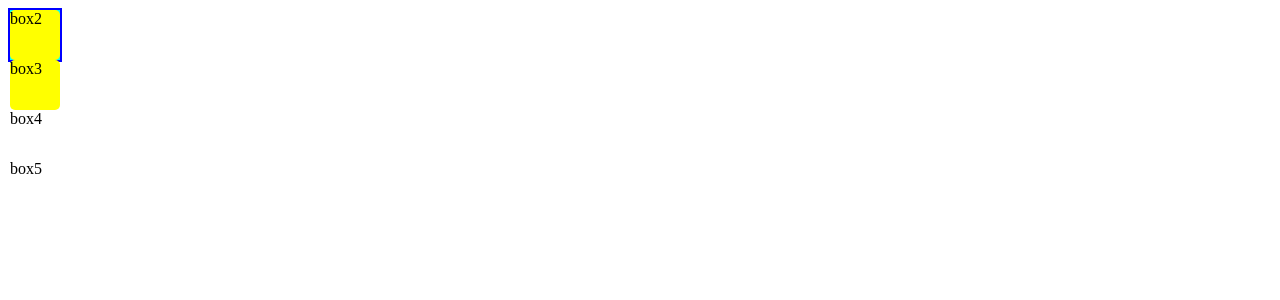
Repository: ABDUSALIMSUBAHIELBASHI/full-html-css-js
Page: Desktop/coding/css/indexday2.html
The author's editor kept a copy of each file at every save. The page is drawn from the files as they stood at one save, then again after the next save.
The browser window is 1280 px wide. The pictures show the whole page.

Above is the page before, as saved 2025-09-16 10:48:34.

### Desktop/coding/css/indexday2.html
<!DOCTYPE html>
<html lang="en">

<head>
    <meta charset="UTF-8">
    <link rel="stylesheet" href="indexday2.css">

    <title>Document</title>
</head>
<body>
<div id="box" class="container">
    <div id="box" class="box2">box2</div>
    <div id="box" class="box3">box3</div>
    <div id="box" class="box4">box4</div>
    <div id="box" class="box5">box5</div>
</div>
</body>

</html>

### Desktop/coding/css/indexday2.css
.container{
    display: flex;
    flex-wrap: wrap;
    background-color: aqua;
    border: 2px solid blue;
    justify-content: space-evenly;
    justify-items: center;
    height: 50vh;
}
#box{
    width: 50px;
    height: 50px;
}
.box2{
    background-color: yellow;
    width: 50px;
    height: 20px;
    border-radius: 5px;
}
.box3{
 background-color: yellow;
    width: 50px;
    height: 20px;
    border-radius: 5px;
}

After the next save:
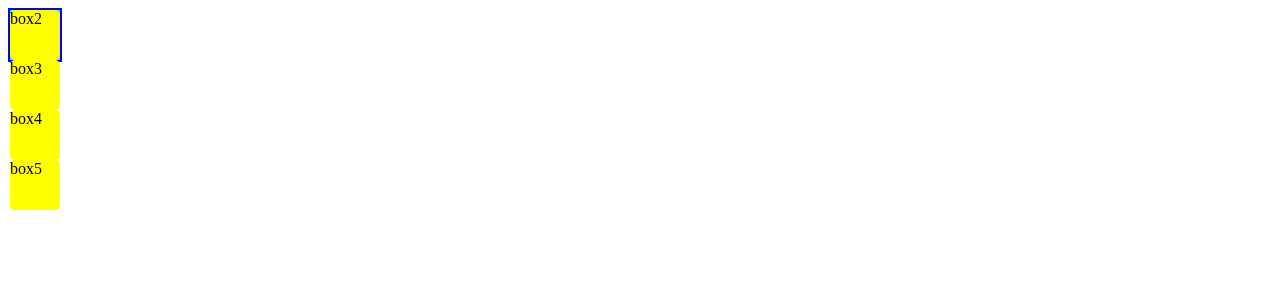
Saved 29 s later.
--- a/Desktop/coding/css/indexday2.css
+++ b/Desktop/coding/css/indexday2.css
@@ -23,3 +23,17 @@
     height: 20px;
     border-radius: 5px;
 }
+
+.box4{
+ background-color: yellow;
+    width: 50px;
+    height: 20px;
+    border-radius: 5px;
+}
+
+.box5{
+ background-color: yellow;
+    width: 50px;
+    height: 20px;
+    border-radius: 5px;
+}
